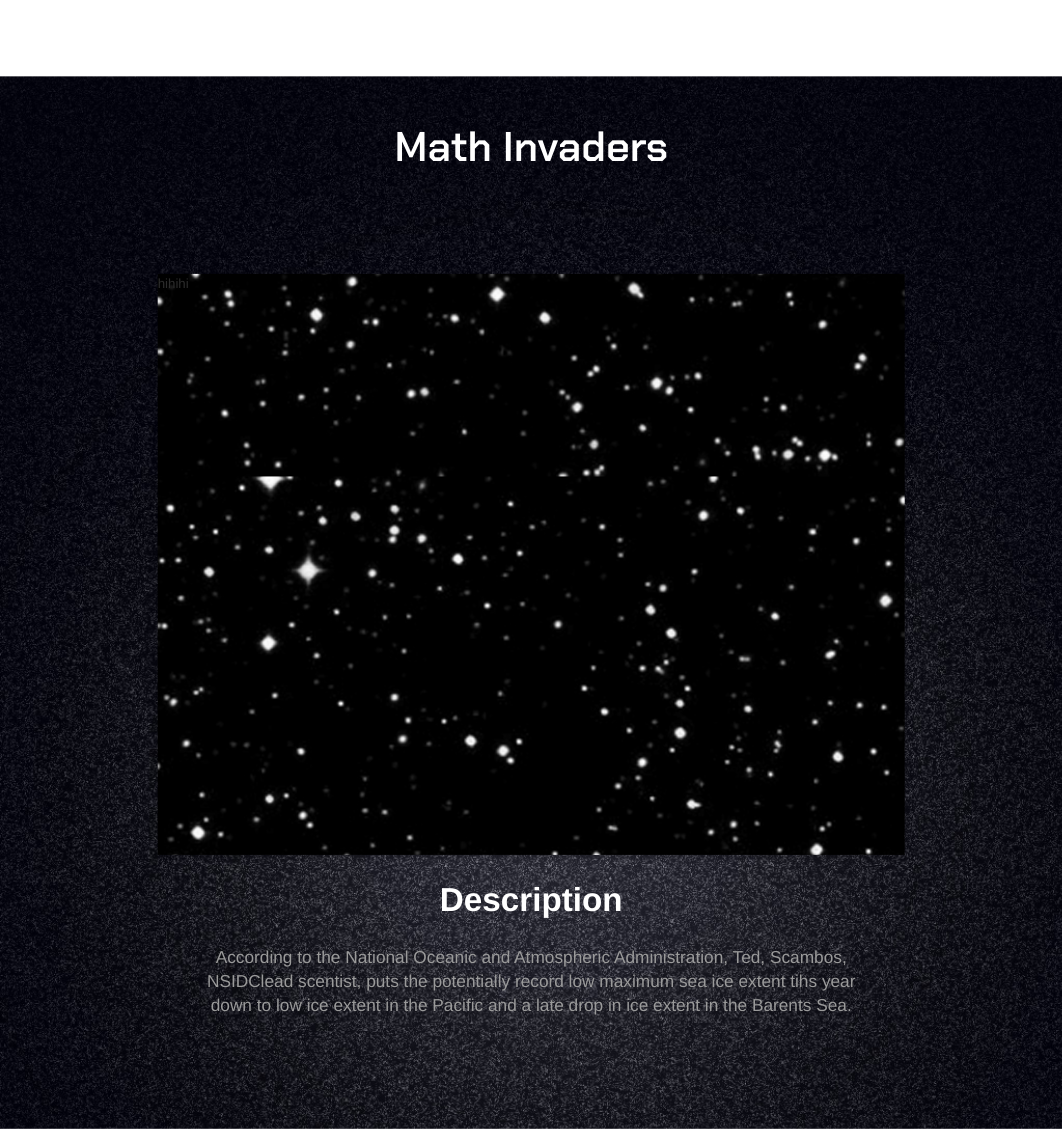
Repository: kkyler24/MathInvader
Page: index.html
The author's editor kept a copy of each file at every save. The page is drawn from the files as they stood at one save, then again after the next save.
The browser window is 1280 px wide. The pictures show the whole page, at 83% of full size.
Some web libraries are served in a nearby version.

Above is the page before, as saved 2020-07-19 20:26:05.
Console error: TypeError: Cannot read properties of null (reading 'appendChild')

After the next save:
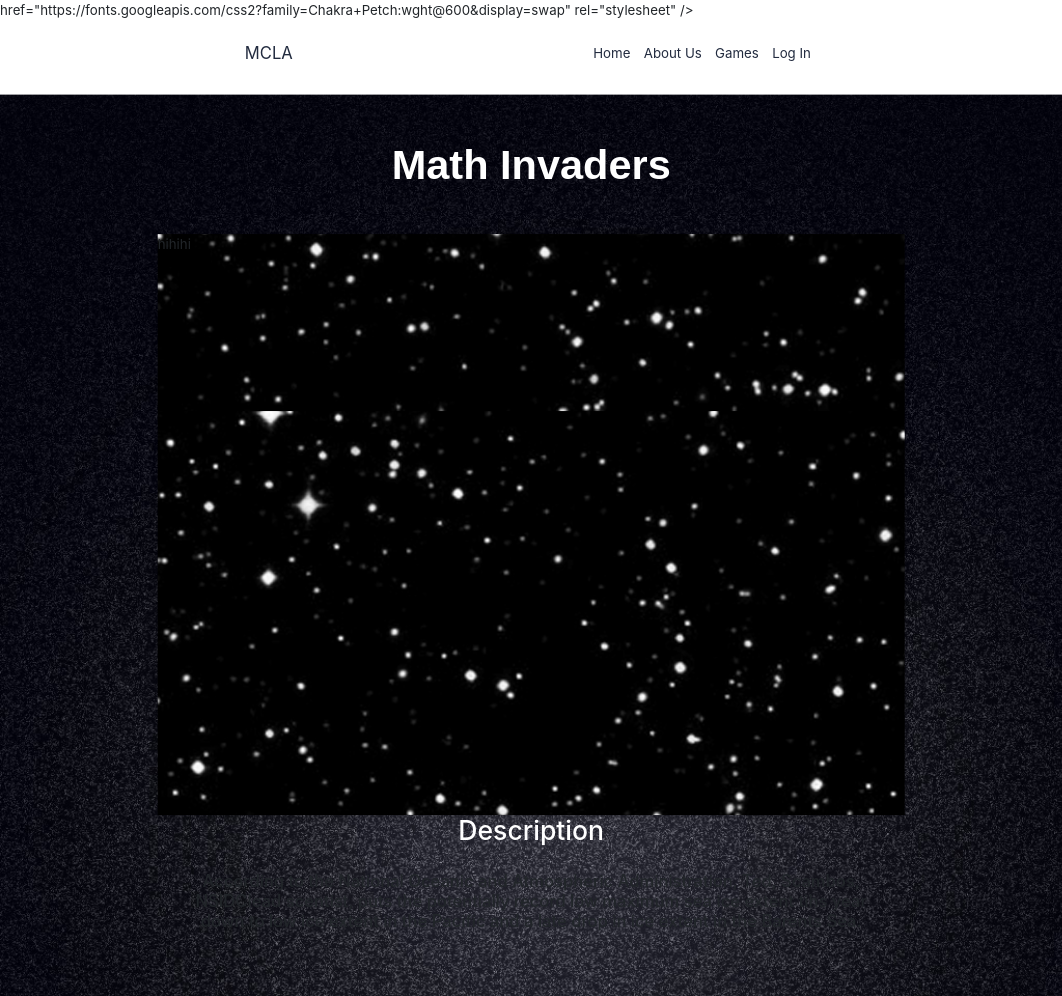
Saved 3 min 39 s later.
--- a/index.html
+++ b/index.html
@@ -15,8 +15,7 @@
       integrity="sha384-Gn5384xqQ1aoWXA+058RXPxPg6fy4IWvTNh0E263XmFcJlSAwiGgFAW/dAiS6JXm"
       crossorigin="anonymous"
     />
-    <link href="../assets/css/now-ui-kit.css?v=1.2.0" rel="stylesheet" />
-    <link
+
       href="https://fonts.googleapis.com/css2?family=Chakra+Petch:wght@600&display=swap"
       rel="stylesheet"
     />
@@ -123,10 +122,7 @@
       crossorigin="anonymous"
     ></script>
 
-    <script
-      src="../assets/js/now-ui-kit.js?v=1.2.0"
-      type="text/javascript"
-    ></script>
+
     <script src="./jsFolder/Aliens.js"></script>
     <script src="./jsFolder/tokens.js"></script>
     <script src="./jsFolder/game.js"></script>
